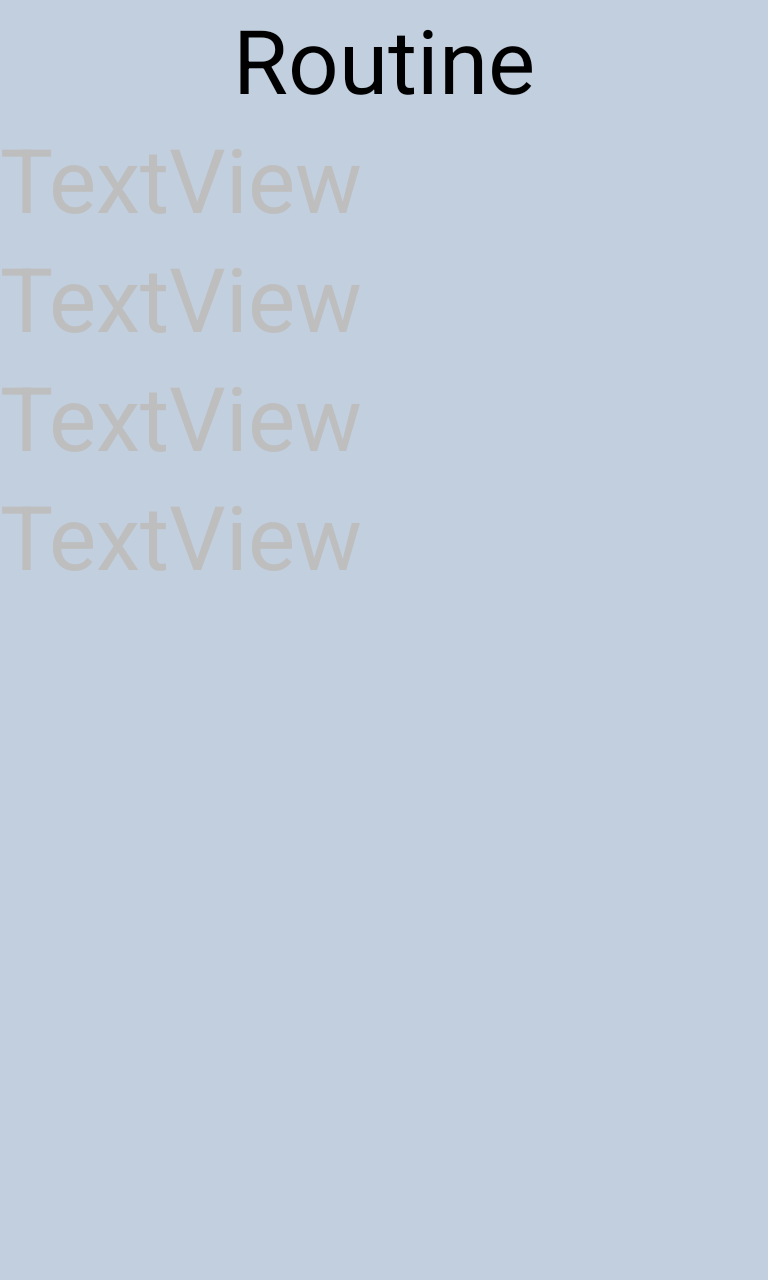
Repository: parinya1968/My-project
Layout: DroidWork/getBig/res/layout/viewr.xml
These files come from the project's save history. The layout is drawn as it stood at one moment and after the next save; the edit follows.
It is drawn on a 768 x 1280 px phone screen (xhdpi) without system bars, with theme android:Theme.NoTitleBar.Fullscreen; the app's code is not run.

Above is the layout before, as saved 2012-06-20 06:34:08.

### DroidWork/getBig/res/layout/viewr.xml
<?xml version="1.0" encoding="utf-8"?>
<LinearLayout xmlns:android="http://schemas.android.com/apk/res/android"
    android:layout_width="fill_parent"
    android:layout_height="fill_parent"
    android:background="#C2CFDF"
    android:orientation="vertical" >

    <TextView
        android:id="@+id/textView1"
        android:layout_width="wrap_content"
        android:layout_height="wrap_content"
        android:layout_gravity="center_horizontal"
        android:text="Routine"
        android:textColor="#000000"
        android:textSize="20pt" />


    <LinearLayout
        android:layout_width="257dp"
        android:layout_height="wrap_content"
        android:layout_weight="0.76"
        android:orientation="vertical" >

        <TextView
            android:id="@+id/textView2"
            android:layout_width="wrap_content"
            android:layout_height="wrap_content"
            android:textSize="20pt"
            android:text="TextView" />

        <TextView
            android:id="@+id/textView3"
            android:layout_width="wrap_content"
            android:layout_height="wrap_content"
            android:textSize="20pt"
            android:text="TextView" />

        <TextView
            android:id="@+id/textView4"
            android:layout_width="wrap_content"
            android:layout_height="wrap_content"
            android:textSize="20pt"
            android:text="TextView" />

        <TextView
            android:id="@+id/textView5"
            android:layout_width="wrap_content"
            android:layout_height="wrap_content"
            android:textSize="20pt"
            android:text="TextView" />

    </LinearLayout>

</LinearLayout>

After the next save:
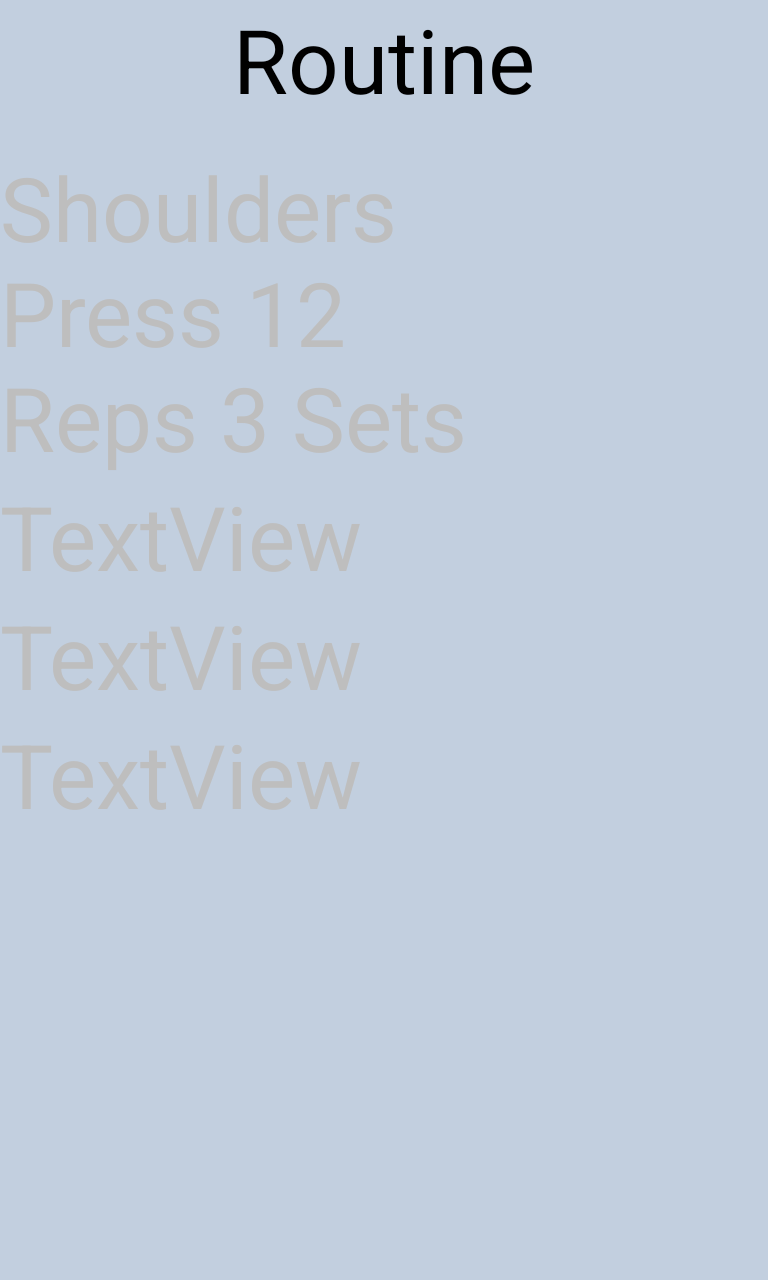
Saved 41 s later.
--- a/DroidWork/getBig/res/layout/viewr.xml
+++ b/DroidWork/getBig/res/layout/viewr.xml
@@ -5,11 +5,13 @@
     android:background="#C2CFDF"
     android:orientation="vertical" >
 
+
     <TextView
         android:id="@+id/textView1"
         android:layout_width="wrap_content"
         android:layout_height="wrap_content"
         android:layout_gravity="center_horizontal"
+        android:layout_weight="0.05"
         android:text="Routine"
         android:textColor="#000000"
         android:textSize="20pt" />
@@ -26,7 +28,7 @@
             android:layout_width="wrap_content"
             android:layout_height="wrap_content"
             android:textSize="20pt"
-            android:text="TextView" />
+            android:text="Shoulders Press 12 Reps 3 Sets" />
 
         <TextView
             android:id="@+id/textView3"
